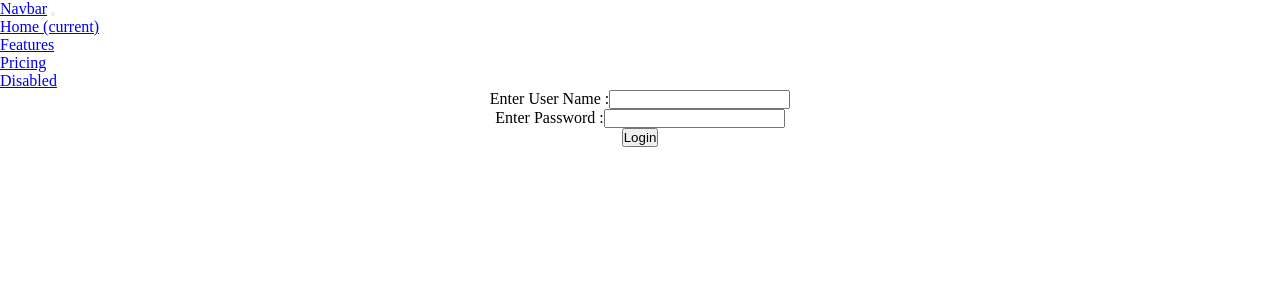
Repository: MyselfAman/Login_Page_Servlet
Page: http://localhost/Login_Page/login.jsp
These files come from the project's save history. The page is drawn as it stood at one moment and after the next save; the edit follows.
The browser window is 1280 px wide. The pictures show the whole page.
The page is served by Tomcat 9. Other server files are loaded and not shown.

Above is the page before, as saved 2019-08-08 03:52:23.

### Login_Page/WebContent/login.jsp
<%@ page language="java" contentType="text/html; charset=ISO-8859-1"
    pageEncoding="ISO-8859-1"%>
<!DOCTYPE html>
<html>
<head>
<meta charset="ISO-8859-1">
<title>LearnToCode | Login</title>
 <link href="style.css" rel="stylesheet" type="text/css">
</head>
<body>
<nav class="navbar navbar-expand-lg navbar-light bg-light">
  <a class="navbar-brand" href="#">Navbar</a>
  <button class="navbar-toggler" type="button" data-toggle="collapse" data-target="#navbarNav" aria-controls="navbarNav" aria-expanded="false" aria-label="Toggle navigation">
    <span class="navbar-toggler-icon"></span>
  </button>
  <div class="collapse navbar-collapse" id="navbarNav">
    <ul class="navbar-nav">
      <li class="nav-item active">
        <a class="nav-link" href="#">Home <span class="sr-only">(current)</span></a>
      </li>
      <li class="nav-item">
        <a class="nav-link" href="#">Features</a>
      </li>
      <li class="nav-item">
        <a class="nav-link" href="#">Pricing</a>
      </li>
      <li class="nav-item">
        <a class="nav-link disabled" href="#" tabindex="-1" aria-disabled="true">Disabled</a>
      </li>
    </ul>
  </div>
</nav>

	<form action="login" class="login">
	 Enter User Name :<input type="text" name="username" ><br>
	  Enter Password :<input type="password" name="password"><br>
	  <input type="submit" value="Login">
	</form>
</body>
</html>

### Login_Page/WebContent/style.css
@charset "ISO-8859-1";


*{
	margin:0px;
	padding:0px;
}

body{

}

.login{
	margin: auto;
	text-align: center;
}

After the next save:
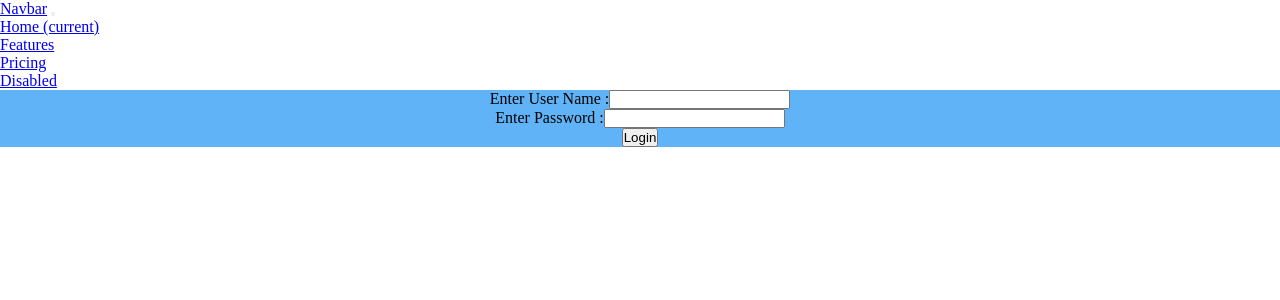
Saved 5 min 16 s later.
--- a/Login_Page/WebContent/style.css
+++ b/Login_Page/WebContent/style.css
@@ -13,4 +13,5 @@ body{
 .login{
 	margin: auto;
 	text-align: center;
+	background-color:#5fb3f6;
 }
